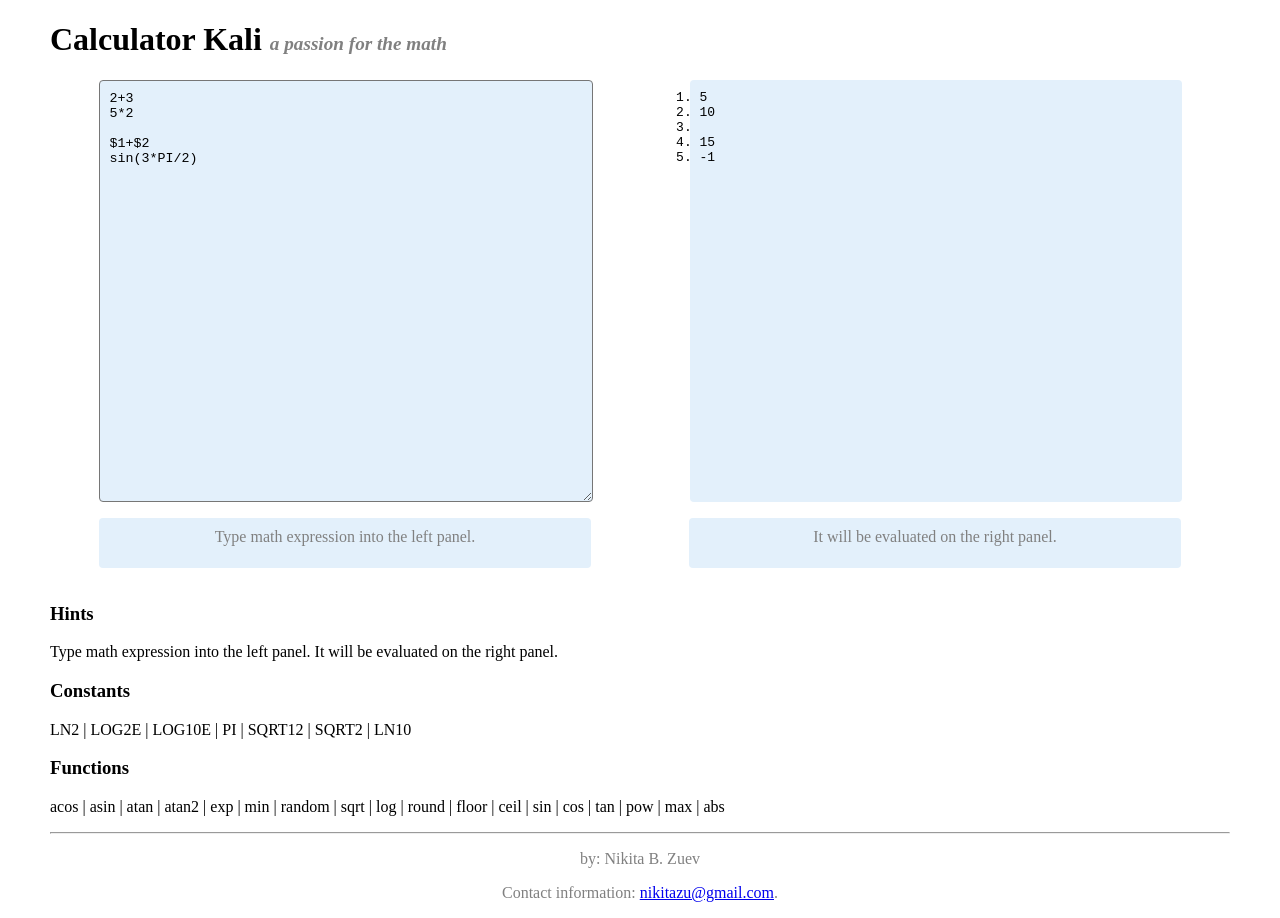
Repository: nikitazu/kali
Page: index.html
The author's editor kept a record of every edit. The page is drawn from the files as they stood at one moment, then again after the next edit.
The browser window is 1280 px wide. The pictures show the whole page.

Above is the page before.

### index.html
<!DOCTYPE html>

<html lang="en-us">

<head>
	<meta charset="utf-8">
	<title>Calculator Kali</title>
	<link rel="stylesheet" type="text/css" href="styles/main.css">
</head>

<body>
	<h1>
		Calculator Kali
		<span class="subtitle"> a passion for the math</span>
	</h1>

	<div id="mainContent" class="code-block-holder">
		<textarea
			id="evaluator"
			class="code-block"
			type="textarea"
			name="evaluator"
			v-model="inputText"
			v-on="click: evaluatorInputTextChanged">
		</textarea>

		<div
			id="results"
			class="code-block"
			v-html="inputText | evaluate">
		</div>
	</div>

	<div class="code-block-holder">
		<p class="code-block">
			Type math expression into the left panel.
		</p>

		<p class="code-block">
			It will be evaluated on the right panel.
		</p>
	</div>

	<div id="help">

		<h3>Hints</h3>
		<p>
			Type math expression into the left panel.
			It will be evaluated on the right panel.
		</p>

		<h3>Constants</h3>
		<p>
			LN2 | LOG2E | LOG10E | PI | SQRT12 | SQRT2 | LN10
		</p>

		<h3>Functions</h3>
		<p>
			acos | asin | atan | atan2 | exp | min | random | sqrt |
			log | round | floor | ceil | sin | cos | tan | pow | max | abs
		</p>
	</div>

	<footer>
		<hr />
		<p>by: Nikita B. Zuev</p>
		<p>Contact information: <a href="mailto:nikitazu@gmail.com">nikitazu@gmail.com</a>.</p>
	</footer>

	<script src="libs/_bower.js"></script>
	<script src="app/main.js"></script>

</body>
</html>

### styles/main.css
#mainContent {
	font-family: monospace;
}

.code-block-holder {
	display: flex;
	flex-direction: row;
	justify-content: space-around;
}

.code-block {
	background-color: #E3F0FB;
	border-radius: 4px;
	padding: 10px;
	width: 40%;
	min-height: 400px;
}

p.code-block {
	min-height: 30px;
	text-align: center;
	color: gray;
}

#results ol {
	padding: 0;
	margin: 0;
}

body {
	margin-left: 50px;
	margin-right: 50px;
}

h1 .subtitle {
	color: gray;
	font-size: 60%;
	font-style: italic;
}

footer {
	text-align: center;
	color: gray;
}

.buttonStyle {
	border-radius: 4px;
	border: thin solid #F0E020;
	padding: 5px;
	background-color: #F8F094;
	font-family: "Segoe UI", Tahoma, Geneva, Verdana, sans-serif;
	font-weight: bold;
	color: #663300;
	width: 75px;
}

.buttonStyle:hover {
	border: thin solid #FFCC00;
	background-color: #FCF9D6;
	color: #996633;
	cursor: pointer;
}
.buttonStyle:active {
	border: thin solid #99CC00;
	background-color: #F5FFD2;
	color: #669900;
	cursor: pointer;
}

### app/main.js
(function() {


function tryEval(expression, context) {
    try {
        return math.eval(expandContext(expression, context)) || '';
    } catch(e) {
        return e;
    }
}

function expandContext(expression, context) {
    var temp = expression;

    for (var i = 0; i < context.length; i++) {
        var previousResult = context[i];

        temp = temp.replace('$'+(i+1), previousResult);
    }

    return temp;
}


var app = new Vue({
    el: '#mainContent',

    data: {
        inputText: '2+3\n5*2\n\n$1+$2\nsin(3*PI/2)'
    },

    filters: {
        evaluate: function (data) {
            if (typeof(data) == 'undefined') {
                return '';
            }
            var lines = data.split('\n');
            var result = '';
            var context = new Array(lines.length);

            for (var i = 0; i < lines.length; i++) {
                var line = lines[i];
                var processedItem = tryEval(line, context);
                context[i] = processedItem;
                result += ('<li>' + processedItem + '</li>');
            }

            return '<ol>' + result + '</ol>';
        }
    }
});

})();

Loaded but not shown: libs/_bower.js (library)

After the next edit:
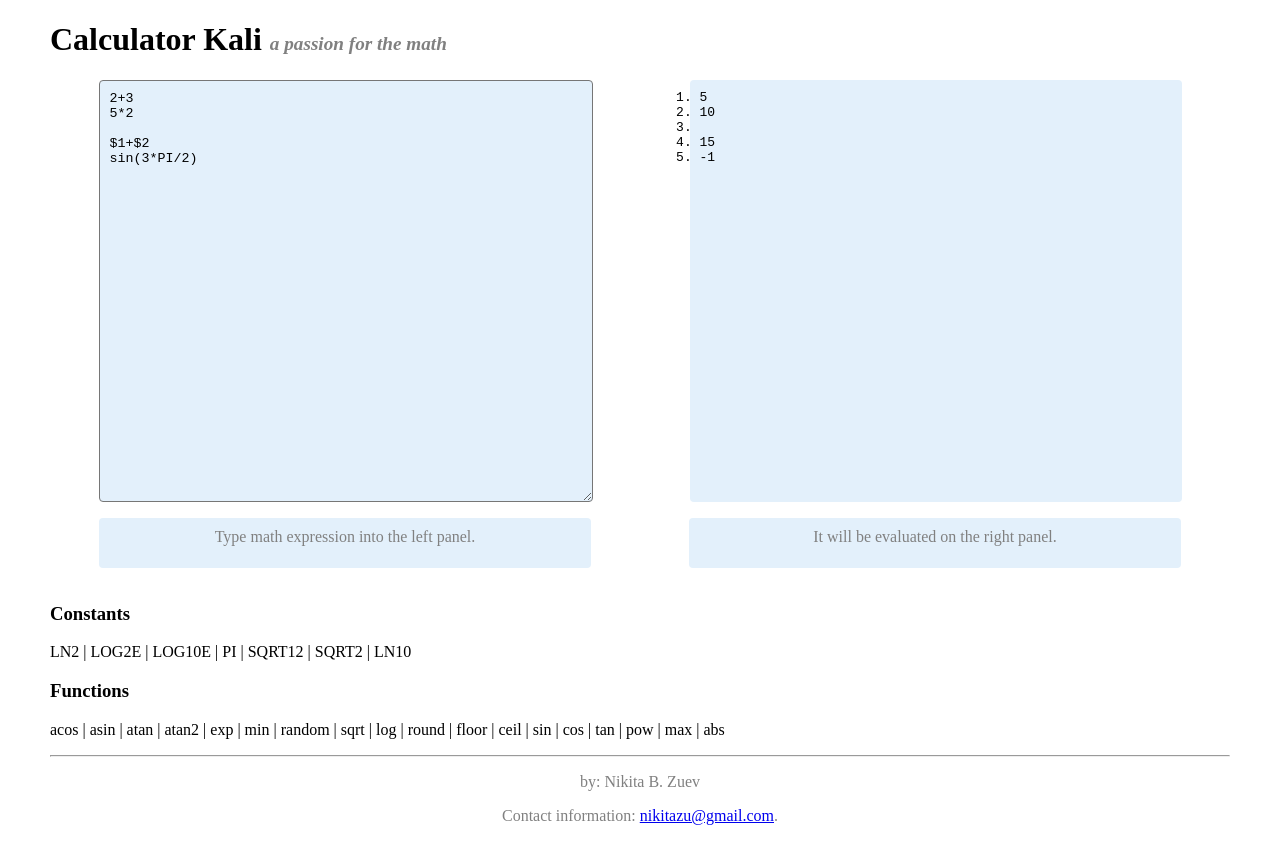
The edit:
--- a/index.html
+++ b/index.html
@@ -43,12 +43,6 @@
 
 	<div id="help">
 
-		<h3>Hints</h3>
-		<p>
-			Type math expression into the left panel.
-			It will be evaluated on the right panel.
-		</p>
-
 		<h3>Constants</h3>
 		<p>
 			LN2 | LOG2E | LOG10E | PI | SQRT12 | SQRT2 | LN10
